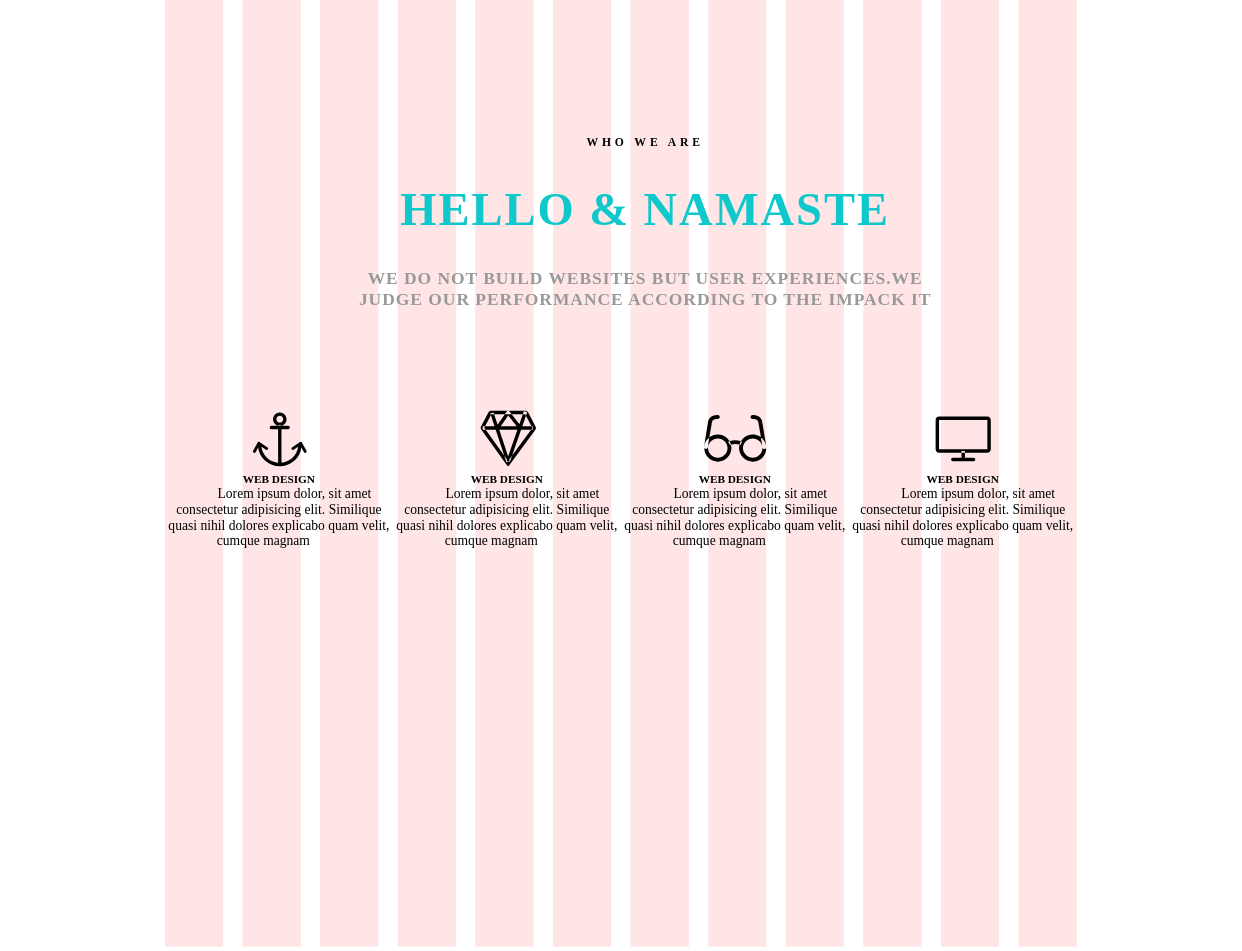
Repository: shpakovskaya/github.io
Page: boxsizing/namastegreen/index.html
An editor plug-in stored every save of this project. The page is shown before and after the next save, followed by the edit.
The browser window is 1280 px wide. The pictures show the whole page, at 97% of full size.

Above is the page before, as saved 2021-11-22 21:33:45.

### boxsizing/namastegreen/index.html
<!DOCTYPE html>
<html lang="en">
  <head>
    <meta charset="UTF-8" />
    <meta http-equiv="X-UA-Compatible" content="IE=edge" />
    <meta name="viewport" content="width=device-width, initial-scale=1.0" />
    <title>namaste_green</title>
    <link
      rel="stylesheet"
      href="https://cdnjs.cloudflare.com/ajax/libs/normalize/8.0.1/normalize.min.css"
      integrity="sha512-NhSC1YmyruXifcj/KFRWoC561YpHpc5Jtzgvbuzx5VozKpWvQ+4nXhPdFgmx8xqexRcpAglTj9sIBWINXa8x5w=="
      crossorigin="anonymous"
      referrerpolicy="no-referrer"
    />
    <link
      rel="shortcut icon"
      href="./free-icon-sahasrara-5937794.ico"
      type="image/x-icon"
    />
    <!-- Fonts -->
    <link rel="stylesheet" href="./montserrat/Montserrat-Regular.ttf" />
    <link rel="stylesheet" href="./montserrat/Montserrat-Bold.ttf" />
    <link rel="preconnect" href="https://fonts.googleapis.com" />
    <link rel="preconnect" href="https://fonts.gstatic.com" crossorigin />
    <link
      href="https://fonts.googleapis.com/css2?family=PT+Sans&display=swap"
      rel="stylesheet"
    />
    <link rel="stylesheet" href="./style.css" />
  </head>
  <body>
    <!-- Background -->
    <div class="conteiner">
      <img
        src="./img/1b0eb2e9-f134-46c9-915e-629d914347aa (1).png"
        alt="background"
      />
      <!-- Header -->
      <header class="header conteiner">
        <header class="header__wrapper">
          <h5 class="e-header__one">WHO WE ARE</h5>
          <h2 class="e-header__two">HELLO & NAMASTE</h2>
          <h4 class="e-header__three">
            WE DO NOT BUILD WEBSITES BUT USER EXPERIENCES.WE
            <br />JUDGE OUR PERFORMANCE ACCORDING TO THE IMPACK IT
          </h4>
        </header>
      </header>
      <!-- Main content -->
      <div class="wrapper">
        <!-- Anchor item -->
        <div class="c-wrapper__anchor">
          <div class="e-wrapper__anchor">
            <svg
              version="1.2"
              baseprofile="tiny-ps"
              xmlns="http://www.w3.org/2000/svg"
              viewbox="0 0 69 74"
              width="64"
              height="64"
            >
              <path
                id="Anchor"
                class="shp0"
                d="M35 70.19C21.76 70.19 10.62 60.29 9.08 47.16C8.95 46.06 9.73 45.07 10.83 44.94C11.92 44.8 12.92 45.59 13.05 46.69C14.35 57.81 23.79 66.19 35 66.19C46.19 66.19 55.63 57.82 56.95 46.73C57.08 45.63 58.07 44.84 59.17 44.98C60.27 45.11 61.06 46.1 60.92 47.2C59.36 60.31 48.22 70.19 35 70.19ZM35 69.68C33.89 69.68 33 68.79 33 67.68L33 22.56C33 21.45 33.89 20.56 35 20.56C36.1 20.56 37 21.45 37 22.56L37 67.68C37 68.79 36.1 69.68 35 69.68ZM35.03 9.94C37.27 9.94 39.09 11.76 39.09 14C39.09 16.24 37.27 18.06 35.03 18.06C32.79 18.06 30.97 16.24 30.97 14C30.97 11.76 32.79 9.94 35.03 9.94M35.03 5.94C30.58 5.94 26.97 9.55 26.97 14C26.97 18.45 30.58 22.06 35.03 22.06C39.48 22.06 43.09 18.45 43.09 14C43.09 9.55 39.48 5.94 35.03 5.94L35.03 5.94ZM59.4 45.16L51.49 50.54C50.81 50.97 49.89 50.95 49.48 50.25L49.07 49.8C48.67 49.1 48.89 48.18 49.57 47.74L58.67 41.6C58.68 41.59 58.69 41.58 58.7 41.57L59.32 41.17C59.66 40.95 60.05 40.9 60.4 40.99C60.76 41.07 61.09 41.3 61.29 41.65L61.66 42.28C61.67 42.3 61.66 42.31 61.67 42.32L66.81 51.78C67.22 52.48 67 53.39 66.32 53.83L65.75 54.05C65.07 54.48 64.23 54.09 63.82 53.39L59.4 45.16ZM6.18 53.39C5.77 54.09 4.93 54.48 4.25 54.05L3.68 53.83C3 53.39 2.78 52.48 3.19 51.78L8.33 42.32C8.34 42.31 8.33 42.3 8.34 42.28L8.71 41.65C8.91 41.3 9.24 41.07 9.6 40.99C9.95 40.9 10.34 40.95 10.68 41.17L11.3 41.57C11.31 41.58 11.32 41.59 11.33 41.6L20.43 47.74C21.11 48.18 21.33 49.1 20.93 49.8L20.52 50.25C20.11 50.95 19.19 50.97 18.51 50.54L10.6 45.16L6.18 53.39ZM25 22L45 22C46.1 22 47 22.89 47 24C47 25.1 46.1 26 45 26L25 26C23.9 26 23 25.1 23 24C23 22.89 23.9 22 25 22Z"
              />
            </svg>
          </div>
          <div class="title">
            <h5 class="title__anchor">WEB DESIGN</h5>
          </div>
          <div class="text__anchor">
            <span
              >Lorem ipsum dolor, sit amet consectetur adipisicing elit.
              Similique quasi nihil dolores explicabo quam velit, cumque magnam
            </span>
          </div>
        </div>
        <!-- Diamond item -->
        <div class="c-wrapper__diamond">
          <div class="e-wrapper__diamond">
            <svg
              version="1.2"
              baseprofile="tiny-ps"
              xmlns="http://www.w3.org/2000/svg"
              viewbox="0 0 74 72"
              width="66"
              height="64"
            >
              <path
                id="Diamond"
                class="shp0"
                d="M57.75 7.98L66.06 23.88L37.94 62.17L10.27 23.59L18.57 7.98L57.75 7.98M58.17 3.98L18.17 3.98C17.07 3.98 15.74 4.77 15.23 5.75L6.51 22.14C5.99 23.11 6.09 24.63 6.73 25.53L36.74 67.35C37.06 67.8 37.49 68.03 37.91 68.03C38.34 68.03 38.76 67.81 39.09 67.36L69.58 25.85C70.23 24.96 70.35 23.44 69.84 22.47L61.09 5.75C60.58 4.78 59.27 3.98 58.17 3.98L58.17 3.98ZM66.42 25.98L8.42 25.98L8.42 21.98L66.42 21.98L66.42 25.98ZM36.02 63.61L17.27 7.11L21.06 5.85L39.81 62.35L36.02 63.61ZM39.96 63.18L36.18 61.86L56.28 4.32L60.06 5.64L39.96 63.18ZM27.14 25.12L23.86 22.83L36.39 4.83C36.76 4.31 37.35 3.99 37.98 3.97C38.59 3.98 39.22 4.24 39.61 4.75L53.08 22.08L49.92 24.54L38.12 9.35L27.14 25.12Z"
              />
            </svg>
          </div>
          <div class="title">
            <h5 class="title__diamond">WEB DESIGN</h5>
          </div>
          <div class="text__diamond">
            <span
              >Lorem ipsum dolor, sit amet consectetur adipisicing elit.
              Similique quasi nihil dolores explicabo quam velit, cumque magnam
            </span>
          </div>
        </div>
        <!-- Eyeglasses item -->
        <div class="c-wrapper__eyeglasses">
          <div class="e-wrapper__eyeglasses">
            <svg
              version="1.2"
              baseprofile="tiny-ps"
              xmlns="http://www.w3.org/2000/svg"
              viewbox="0 0 64 48"
              width="64"
              height="64"
            >
              <path
                id="Eyeglasses"
                class="shp0"
                d="M1.91 34.69C1.86 34.69 1.81 34.69 1.77 34.69C0.66 34.61 -0.17 33.65 -0.09 32.55C-0.03 31.68 3.03 12.72 3.54 9.66C3.59 9.37 3.62 9.06 3.67 8.73C4.06 5.65 4.79 -0.06 14.01 -0.06C15.12 -0.06 16.01 0.83 16.01 1.94C16.01 3.04 15.12 3.94 14.01 3.94C8.31 3.94 8.01 6.28 7.63 9.24C7.59 9.62 7.54 9.98 7.48 10.32C7.09 12.7 4.32 26.99 3.9 32.83C3.83 33.89 2.95 34.69 1.91 34.69ZM62.09 34.82C61.05 34.82 59.97 34.01 59.9 32.96C59.48 27.12 56.71 12.7 56.32 10.32C56.26 9.98 56.21 9.62 56.17 9.24C55.79 6.28 55.49 3.94 49.79 3.94C48.69 3.94 47.79 3.04 47.79 1.94C47.79 0.83 48.69 -0.06 49.79 -0.06C59.01 -0.06 59.74 5.65 60.13 8.73C60.18 9.06 60.21 9.37 60.26 9.66C60.77 12.72 64.03 31.81 64.09 32.67C64.17 33.78 63.34 34.73 62.23 34.81C62.19 34.82 62.14 34.82 62.09 34.82ZM14.08 24.02C19.58 24.02 24.04 28.48 24.04 33.98C24.04 39.47 19.58 43.94 14.08 43.94C8.57 43.94 3.92 39.38 3.92 33.98C3.92 28.58 8.57 24.02 14.08 24.02M14.08 20.02C6.37 20.02 -0.08 26.27 -0.08 33.98C-0.08 41.69 6.37 47.94 14.08 47.94C21.79 47.94 28.04 41.69 28.04 33.98C28.04 26.27 21.79 20.02 14.08 20.02L14.08 20.02ZM50.08 24.02C55.57 24.02 60.04 28.48 60.04 33.98C60.04 39.47 55.57 43.94 50.08 43.94C44.57 43.94 39.91 39.38 39.91 33.98C39.91 28.58 44.57 24.02 50.08 24.02M50.08 20.02C42.37 20.02 35.91 26.27 35.91 33.98C35.91 41.69 42.37 47.94 50.08 47.94C57.79 47.94 64.04 41.69 64.04 33.98C64.04 26.27 57.79 20.02 50.08 20.02L50.08 20.02ZM26.87 30.96L24.69 27.6C24.97 27.42 27.51 25.83 31.98 25.83C36.25 25.83 38.86 27.23 39.15 27.39L37.18 30.88C37.18 30.88 35.21 29.83 31.98 29.83C28.71 29.83 26.89 30.94 26.87 30.96Z"
              />
            </svg>
          </div>
          <div class="title">
            <h5 class="title__eyeglasses">WEB DESIGN</h5>
          </div>
          <div class="text__eyeglasses">
            <span
              >Lorem ipsum dolor, sit amet consectetur adipisicing elit.
              Similique quasi nihil dolores explicabo quam velit, cumque magnam
            </span>
          </div>
        </div>
        <!-- Monitor item -->
        <div class="c-wrapper__monitor">
          <div class="e-wrapper__monitor">
            <svg
              version="1.2"
              baseprofile="tiny-ps"
              xmlns="http://www.w3.org/2000/svg"
              viewbox="0 0 72 65"
              width="64"
              height="64"
            >
              <path
                id="Monitor"
                class="shp0"
                d="M64 10.98L64 44.99L8 44.99L8 10.98L64 10.98M64 6.98L8 6.98C5.8 6.98 4 8.78 4 10.98L4 44.99C4 47.19 5.8 48.99 8 48.99L64 48.99C66.2 48.99 68 47.19 68 44.99L68 10.98C68 8.78 66.2 6.98 64 6.98L64 6.98ZM38 47L38 55L48 55C49.1 55 50 55.9 50 57C50 58.1 49.1 59 48 59L24 59C22.9 59 22 58.1 22 57C22 55.9 22.9 55 24 55L34 55L34 47L38 47Z"
              />
            </svg>
          </div>
          <div class="title">
            <h5 class="title__monitor">WEB DESIGN</h5>
          </div>
          <div class="text__monitor">
            <span
              >Lorem ipsum dolor, sit amet consectetur adipisicing elit.
              Similique quasi nihil dolores explicabo quam velit, cumque magnam
            </span>
          </div>
        </div>
      </div>
    </div>
  </body>
</html>

### boxsizing/namastegreen/style.css
* {
  margin: 0;
  padding: 0;
  box-sizing: border-box;
}

.conteiner {
  max-width: 1280px;
  max-height: 976px;
  position: relative;
}

/* Header */
.header {
  position: absolute;
  top: 0px;
  left: 370px;
}

.header__wrapper {
  margin-top: 140px;
  text-align: center;
  /* display: flex;
  flex-direction: column; */
  /* justify-content: center; */
}
.e-header__one {
  font-size: 12px;
  font-family: Montserrat bold;
  letter-spacing: 4px;
  margin-bottom: 34px;
}

.e-header__two {
  font-size: 48px;
  font-family: Montserrat regular;
  color: #0ec8cb;
  margin-bottom: 34px;
  letter-spacing: 2px;
}

.e-header__three {
  font-size: 18px;
  letter-spacing: 1px;
  color: #999999;
}

/* Items */
.wrapper {
  position: absolute;
  top: 420px;
  left: 170px;
  display: flex;
  flex-direction: row;
  text-align: center;
  font-size: 14px;
  max-width: 940px;
  min-height: 418px;
}

.e-wrapper__anchor {
  display: inline-block;
  align-content: center;
}
span {
  margin: 32px;
}

/* Items hover */
#Anchor:hover {
  fill: blue;
}

#Eyeglasses:hover {
  fill: blue;
}
#Monitor:hover {
  fill: blue;
}

#Diamond:hover {
  fill: blue;
}

After the next save:
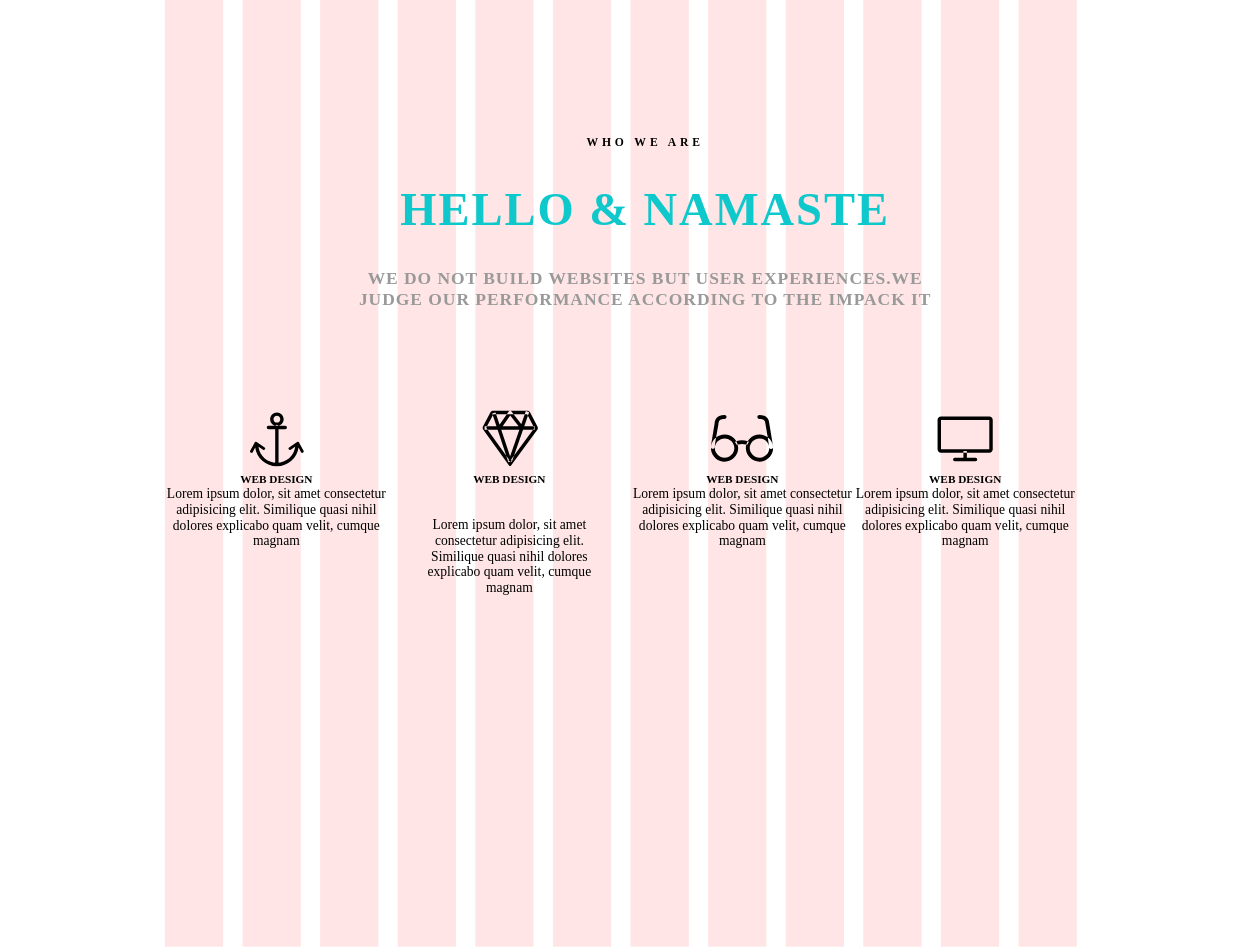
Saved 30 s later.
--- a/boxsizing/namastegreen/style.css
+++ b/boxsizing/namastegreen/style.css
@@ -62,7 +62,7 @@
   display: inline-block;
   align-content: center;
 }
-span {
+.text__diamond {
   margin: 32px;
 }
 

After the save that followed:
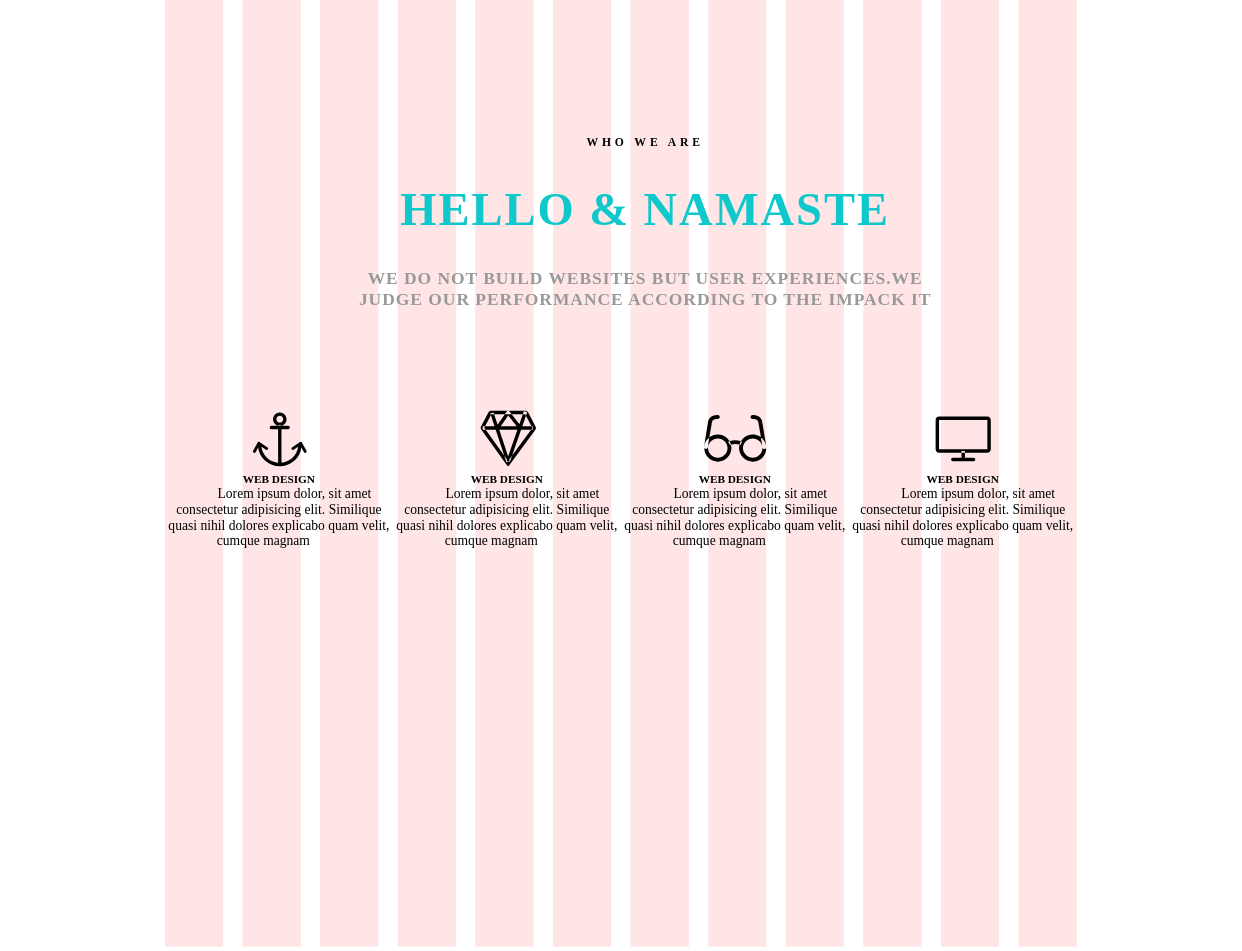
Saved 80 s later.
--- a/boxsizing/namastegreen/style.css
+++ b/boxsizing/namastegreen/style.css
@@ -62,7 +62,7 @@
   display: inline-block;
   align-content: center;
 }
-.text__diamond {
+span {
   margin: 32px;
 }
 
